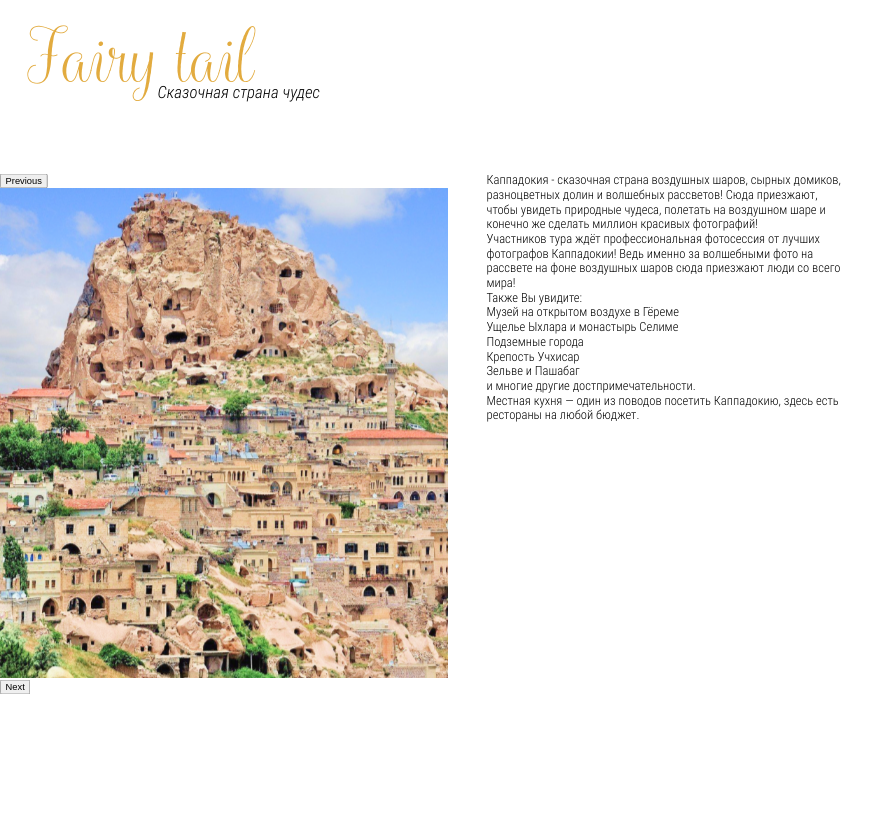
Repository: Lareeman/cappadocia
Page: index.html
The author's editor kept a copy of each file at every save. The page is drawn from the files as they stood at one save, then again after the next save.
The browser window is 1280 px wide. The pictures show the part of the page from y = 900 to 2820 px (the page is 2092 px tall before and 11096 px after), at 70% of full size.

Above is the page before, as saved 2024-01-27 12:52:43.

### index.html
<!DOCTYPE html>
<html lang="en">

<head>
  <meta charset="UTF-8">
  <meta name="viewport" content="width=device-width, initial-scale=1.0">
  <meta http-equiv="X-UA-Compatible" content="ie=edge">
  <title>Cappadocia</title>
  <link rel="stylesheet" href="css/reset.css">
  <link rel="stylesheet" href="css/slick.css">
  <link rel="stylesheet" href="css/style.css">
</head>

<body>
  <header class="header">
    <div class="container">
      <div class="header__top">
        <nav class="menu">
          <ul class="menu__list">
            <li class="menu__item"><a class="menu__link" href="#">Маршрут</a></li>
            <li class="menu__item"><a class="menu__link" href="#">Отель</a></li>
            <li class="menu__item"><a class="menu__link" href="#">Стоимость</a></li>
          </ul>
        </nav>
        <a class="header__phone" href="tel:+380665557776">+38(066)555-777-6</a>
      </div>
      <h1 class="header__title">Cappadocia<span>Эксклюзивный тур</span></h1>
    </div>
  </header>
  <section class="fairy page-section">
    <div class="container">
      <h3 class="fairy__title title">Fairy tail
        <span>Сказочная страна чудес</span>
      </h3>
    </div>
    <div class="fairy__inner">
      <div class="fairy__slider">
        <div class="fairy__item"><img src="images/fairy-1.jpg" alt=""></div>
        <div class="fairy__item"><img src="images/fairy-2.jpg" alt=""></div>
        <div class="fairy__item"><img src="images/fairy-3.jpg" alt=""></div>
      </div>
      <div class="fairy__content">
        <div class="fairy__container">
          <div class="fairy__body">
            <p class="fairy__text">
              Каппадокия - сказочная страна воздушных шаров, сырных домиков, разноцветных долин и волшебных рассветов!
              Сюда приезжают, чтобы увидеть природные чудеса, полетать на воздушном шаре и конечно же сделать миллион красивых фотографий!
            </p>
            <p class="fairy__text">
              Участников тура ждёт профессиональная фотосессия от лучших фотографов Каппадокии!
              Ведь именно за волшебными фото на рассвете на фоне воздушных шаров сюда приезжают люди со всего мира!
            </p>
            <div class="fairy__body-title">
              Также Вы увидите:
            </div>
            <ul class="fairy__list">
              <li>Музей на открытом воздухе в Гёреме</li>
              <li>Ущелье Ыхлара и монастырь Селиме</li>
              <li>Подземные города</li>
              <li>Крепость Учхисар</li>
              <li>Зельве и Пашабаг</li>
            </ul>
            <p class="fairy__text">и многие другие достпримечательности.</p>
            <p class="fairy__text">Местная кухня — один из поводов посетить Каппадокию, здесь есть рестораны на любой бюджет.</p>
          </div>
        </div>
      </div>
    </div>
  </section>

  <script src="https://ajax.googleapis.com/ajax/libs/jquery/3.4.1/jquery.min.js"></script>
  <script src="js/slick.min.js"></script>
  <script src="js/main.js"></script>
</body>

</html>

### css/style.css
:root {
  --black: #000;
  --gold: #E2AB3F;
}

@font-face {
  font-family: 'Balqis';
  src: url('../fonts/balqis.woff2');
  src: url('../fonts/balqis.woff2') format('woff2'),
    url('../fonts/balqis.woff') format('woff');

  font-style: normal;
  font-weight: 300;
  font-display: swap;
}

@font-face {
  font-family: 'RobotoCondensed-Light';
  src: url('../fonts/RobotoCondensed-Light.woff2');
  src: url('../fonts/RobotoCondensed-Light.woff2') format('woff2'),
    url('../fonts/RobotoCondensed-Light.woff') format('woff');


  font-style: normal;
  font-weight: 300;
  font-display: swap;
}

@font-face {
  font-family: 'RobotoCondensed-LightItalic';
  src: url('../fonts/RobotoCondensed-LightItalic.woff2');
  src: url('../fonts/RobotoCondensed-LightItalic.woff2') format('woff2'),
    url('../fonts/RobotoCondensed-LightItalic.woff') format('woff');
  font-style: italic;
  font-weight: 300;
  font-display: swap;
}

@font-face {
  font-family: 'RobotoCondensed-Regular';
  src: url('../fonts/RobotoCondensed-Regular.woff2');
  src: url('../fonts/RobotoCondensed-Regular.woff2') format('woff2'),
    url('../fonts/RobotoCondensed-Regular.woff') format('woff');


  font-style: 400;
  font-weight: 300;
  font-display: swap;
}

html {
  box-sizing: border-box;
}

*,
*::before,
*::after {
  box-sizing: inherit;
}

a {
  text-decoration: none;
  color: inherit;
}

ul {
  list-style-type: none;
}

body {
  color: var(--black);
  font-family: 'RobotoCondensed-Light';
  font-size: 18px;
  font-style: normal;
  font-weight: 300;
  line-height: normal;
}

.header {
  background-image: url("../images/header-bg.jpg");
  background-size: cover;
  background-repeat: no-repeat;
  background-position: bottom center;
  min-height: 100vh;
  margin-bottom: 200px;
}

.container {
  max-width: 1230px;
  padding: 0 15px;
  margin: 0 auto;
}

.page-section {
  margin-bottom: 200px;
}

.title {
  color: var(--gold);
  font-family: Balqis;
  font-size: 96px;
  font-weight: 400;
  margin-bottom: 100px;
}

.title span {
  line-height: 28px;
  font-size: 24px;
  color: var(--black);
  font-family: 'RobotoCondensed-LightItalic';
  display: block;
  margin-top: -30px;
  margin-left: 185px;
}

.header__top {
  padding: 72px 0;
  display: flex;
  justify-content: space-between;
  align-items: center;
  font-size: 24px;
  font-weight: 400;
  font-family: 'RobotoCondensed-Regular';
}

.menu__list {
  display: flex;
  gap: 0 52px;
}

.menu__link {
  transition: all .6s;
}

.menu__link:hover {
  text-decoration: underline;
  /* border-bottom: 1px solid var(--black); */
}

.header__title {
  text-align: center;
  color: var(--black);
  font-family: "Balqis", serif;
  font-size: 250px;
  font-weight: 400;
}

.header__title span {
  text-align: right;
  margin-top: -6%;
  margin-right: 8%;
  display: block;
  font-family: 'RobotoCondensed-LightItalic';
  font-size: 56px;
  font-style: italic;
  font-weight: 300;
}

.header__phone {
  padding-left: 40px;
  position: relative;
}

.header__phone::before {
  content: "";
  position: absolute;
  width: 30px;
  height: 30px;
  left: 0;
  background-image: url('../images/phone-icon.svg');
}

.fairy {}


.fairy__title {}

.fairy__inner {
  display: flex;
  gap: 0 55px;
}

.fairy__slider {
  width: 50%;
}

.fairy__item {}

.fairy__content {
  width: 40%;
}

.fairy__container {}

.fairy__body {
  min-height: 90px;
  display: flex;
  flex-direction: column;
  justify-content: space-around;
  align-items: flex-start;

}

.fairy__text {

}

.fairy__body-title {

  font-weight: 400;
}

.fairy__list {

}

### js/main.js
$(function () {
    $('.fairy__slider').slick({
        slidesToShow: 1,
        slidesToScroll: 1,
        autoplay: true,
        autoplaySpeed: 2000,


    });
});

Loaded but not shown: css/reset.css (common file); css/slick.css (common file); js/slick.min.js (library)

After the next save:
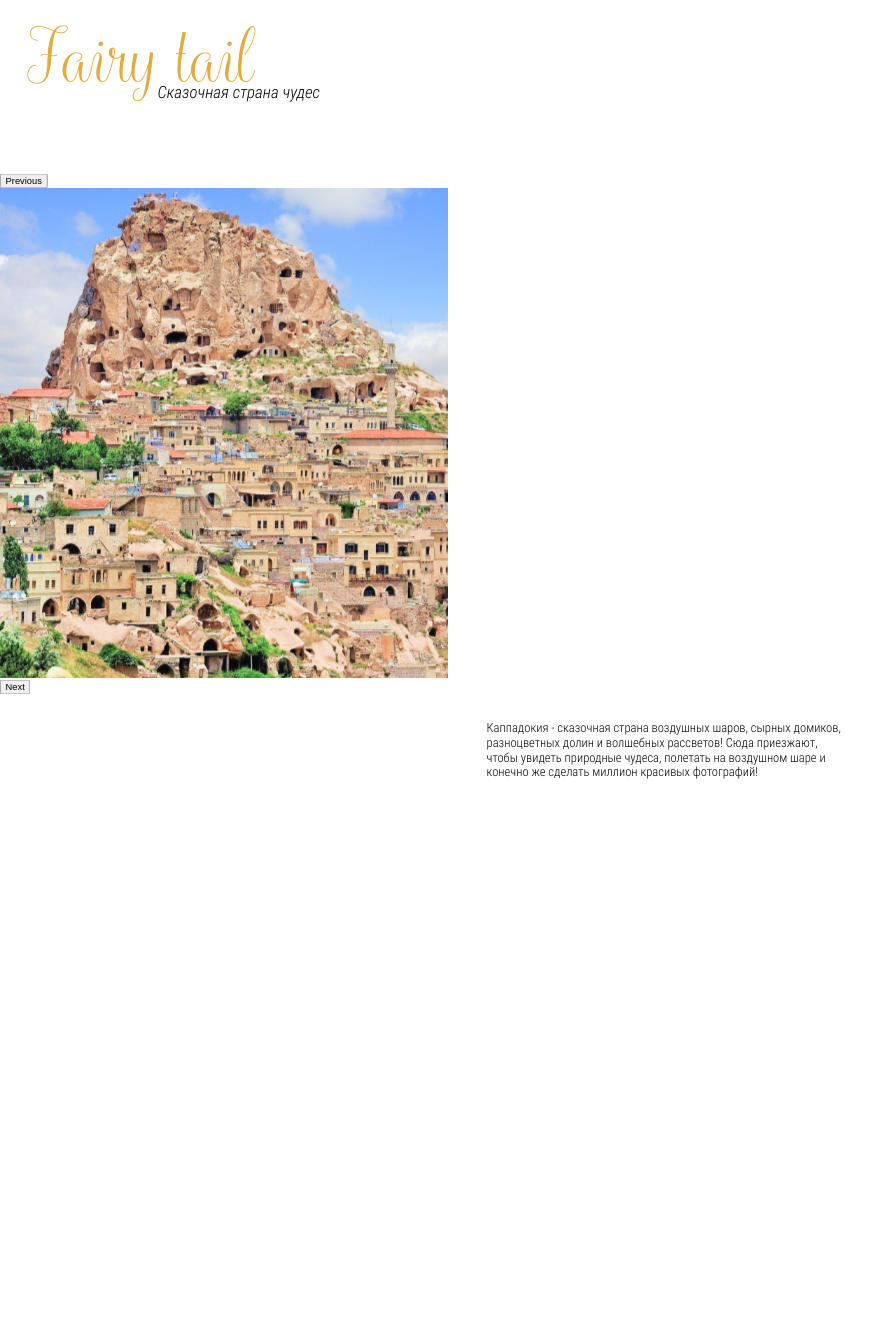
Saved 5 s later.
--- a/css/style.css
+++ b/css/style.css
@@ -193,7 +193,7 @@ body {
 .fairy__container {}
 
 .fairy__body {
-  min-height: 90px;
+  min-height: 9750px;
   display: flex;
   flex-direction: column;
   justify-content: space-around;
